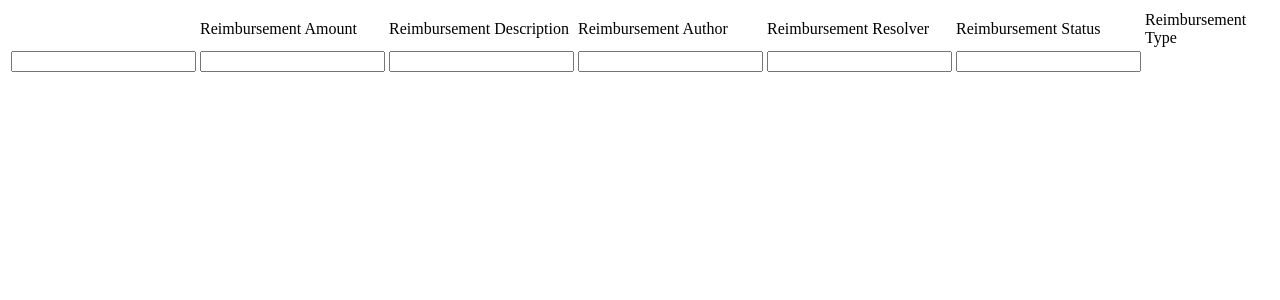
Repository: ricksnp/Reimbursement
Page: src/main/webapp/Reimbursement/html/index.html
The author's editor kept a copy of each file at every save. The page is drawn from the files as they stood at one save, then again after the next save.
The browser window is 1280 px wide. The pictures show the whole page.

Above is the page before, as saved 2020-10-16 09:27:01.

After the next save:
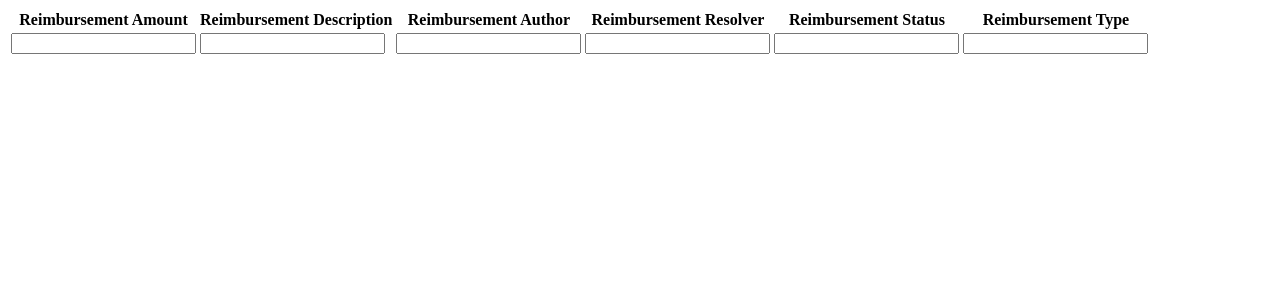
Saved 93 s later.
--- a/src/main/webapp/Reimbursement/html/index.html
+++ b/src/main/webapp/Reimbursement/html/index.html
@@ -4,16 +4,16 @@
 <body>
     <form action="newReimbursement" method="post">
         <table allign="left">
-            <th>
-            <td>Reimbursement Amount</td>
-            <td>Reimbursement Description</td>
-            <td>Reimbursement Author</td>
-            <td>Reimbursement Resolver</td>
-            <td>Reimbursement Status</td>
-            <td>Reimbursement Type</td>
+            <tr>
+                <th>Reimbursement Amount</th>
+                <th>Reimbursement Description</th>
+                <th>Reimbursement Author</th>
+                <th>Reimbursement Resolver</th>
+                <th>Reimbursement Status</th>
+                <th>Reimbursement Type</th>
 
 
-            </th>
+            </tr>
 
             <tr>
                 <td><input type="text" name="amount" </td>
